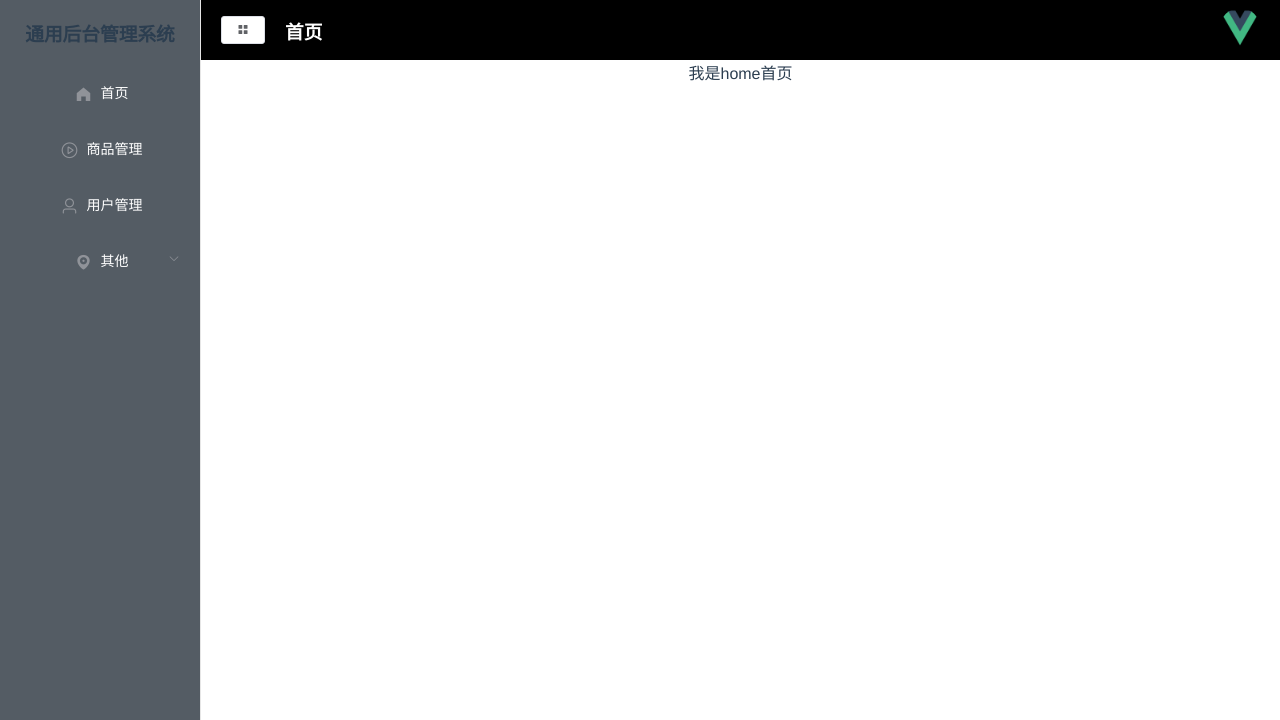
Repository: 385841539/VueStudy
Page: / (app in vue_cli/)
These files come from the project's save history. The page is drawn as it stood at one moment and after the next save; the edit follows.
The browser window is 1280 px wide. The pictures show the whole page.
The project was rebuilt for these pictures with package versions that can differ from the ones it lists, and the page was loaded fresh each time. Also part of the build but not shown: vue_cli/vue.config.js.

Above is the page before, as saved 2022-01-13 10:42:31.

After the next save:
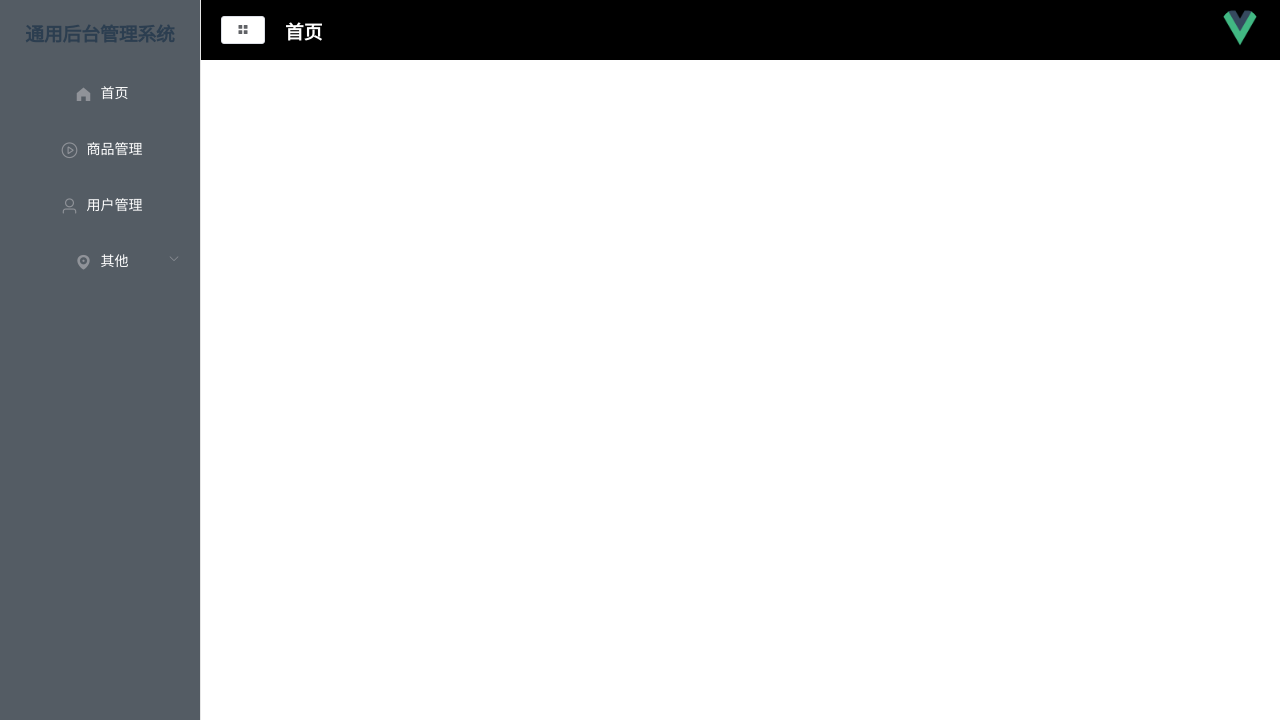
Saved 5 min 50 s later.
--- a/vue_cli/src/views/Home/Home.vue
+++ b/vue_cli/src/views/Home/Home.vue
@@ -1,5 +1,13 @@
 <template>
-  <div>我是home首页</div>
+  <div>
+
+<el-row :gutter="20">
+  <el-col :span="6"><div class="grid-content bg-purple"></div></el-col>
+  <el-col :span="18"><div class="grid-content bg-purple"></div></el-col>
+
+</el-row>
+
+  </div>
 </template>
 
 <style  lang="scss" scoped>
